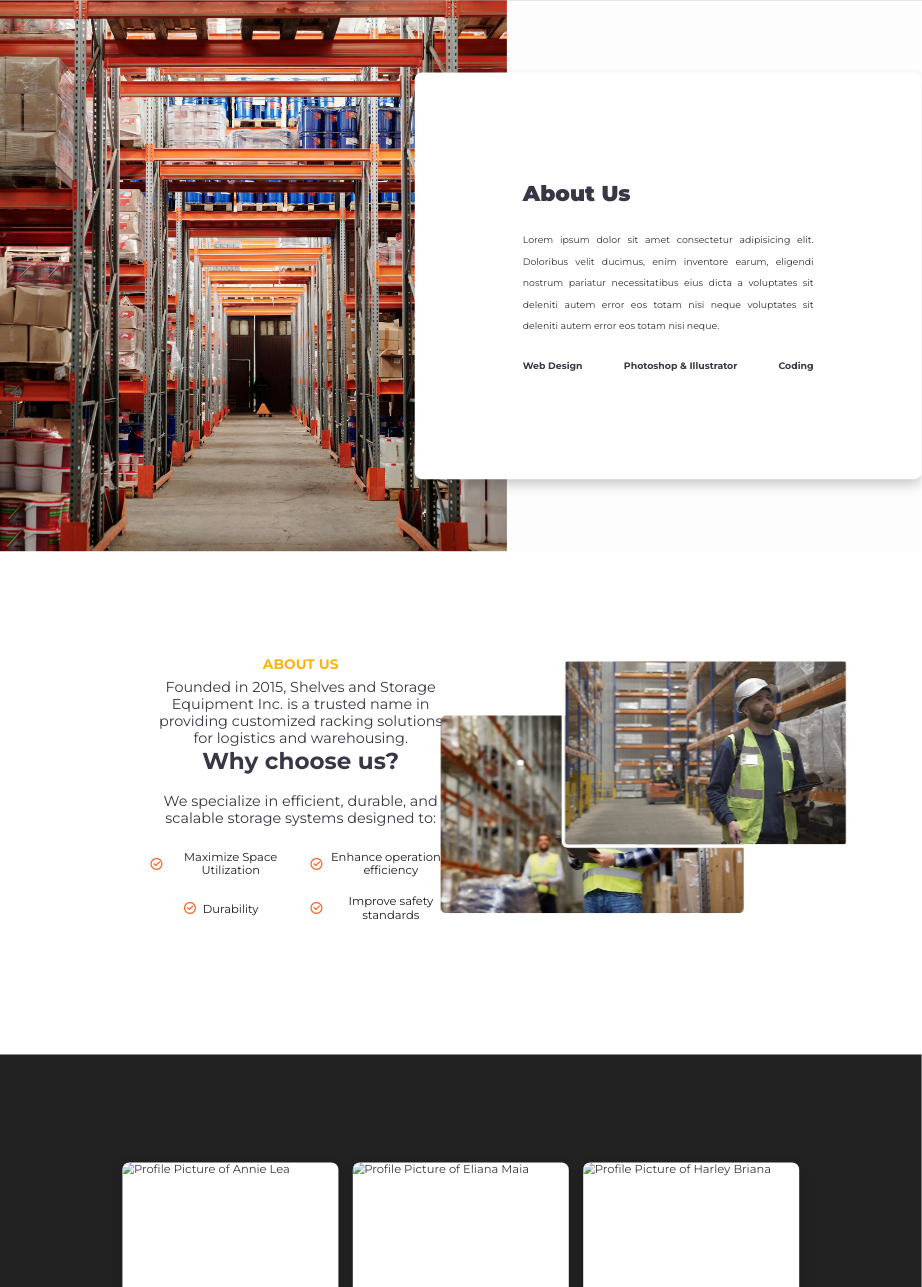
Repository: jahatesu/shelves-and-storage-equipment
Page: index.html
These files come from the project's save history. The page is drawn as it stood at one moment and after the next save; the edit follows.
The browser window is 1280 px wide. The pictures show the part of the page from y = 720 to 2508 px (the page is 7824 px tall before and 7059 px after), at 72% of full size.
A picture or video elsewhere on the page could not be fetched, so the positions and the page height are approximate. Backgrounds fixed to the window are drawn as part of the page. Some web fonts or font styles are not loaded; a fallback is used. Some web libraries are served in a nearby version.

Above is the page before, as saved 2025-01-24 20:39:41.
Console error: TypeError: Cannot read properties of null (reading 'querySelector')

After the next save:
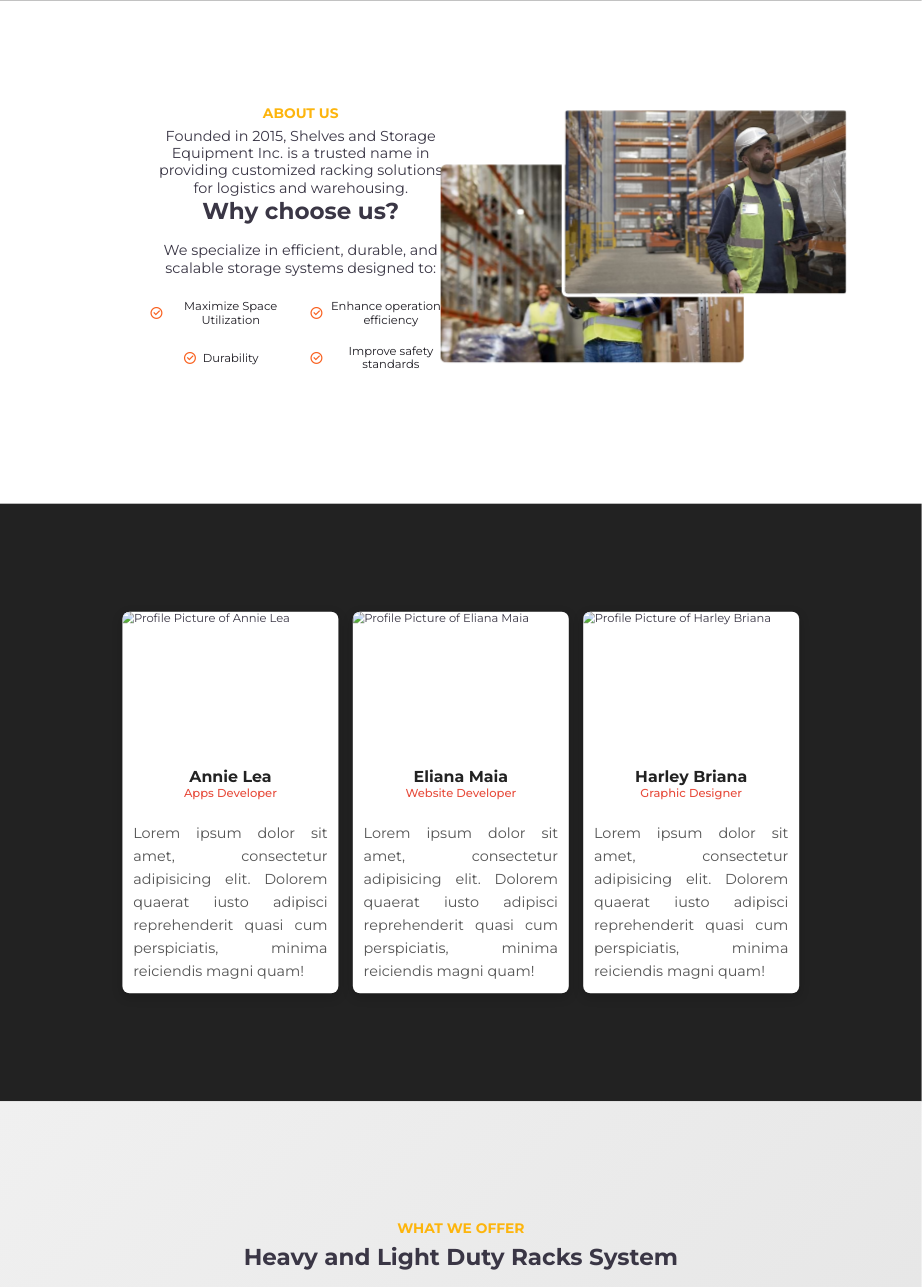
Saved 44 s later.
--- a/index.html
+++ b/index.html
@@ -45,21 +45,7 @@
         <h3 class="animate__animated animate__fadeInUp">Storage and Racking Expert</h3>
     </div>
 
-    <!-- about -->
-
-    <div class="about-section">
-        <div class="inner-container">
-            <h1>About Us</h1>
-            <p class="text">
-                Lorem ipsum dolor sit amet consectetur adipisicing elit. Doloribus velit ducimus, enim inventore earum, eligendi nostrum pariatur necessitatibus eius dicta a voluptates sit deleniti autem error eos totam nisi neque voluptates sit deleniti autem error eos totam nisi neque.
-            </p>
-            <div class="skills">
-                <span>Web Design</span>
-                <span>Photoshop & Illustrator</span>
-                <span>Coding</span>
-            </div>
-        </div>
-    </div>
+
 
 <!-- About Section -->
 <section class="about section" id="about">
